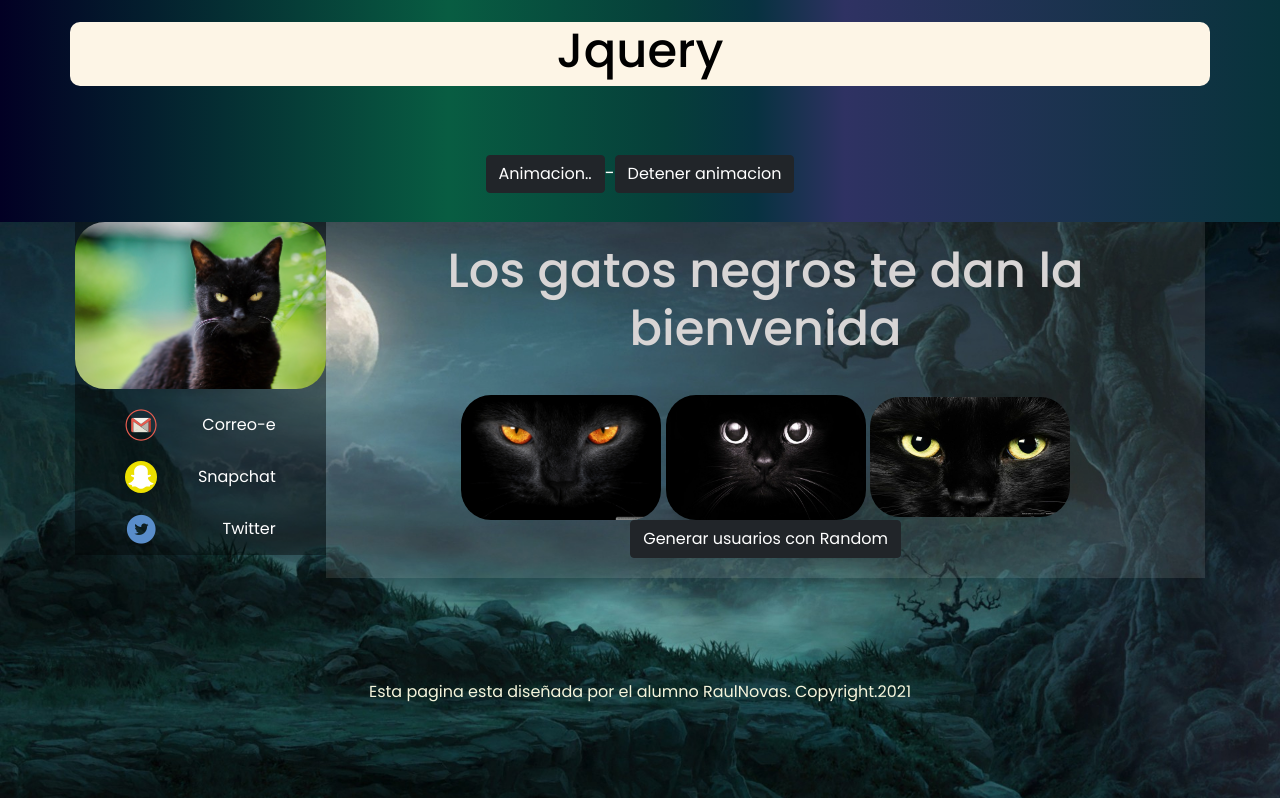
Repository: raul4264/final2
Page: index.html
An editor plug-in stored every save of this project. The page is shown before and after the next save, followed by the edit.
The browser window is 1280 px wide. The pictures show the whole page.

Above is the page before, as saved 2021-07-14 09:17:28.

After the next save:
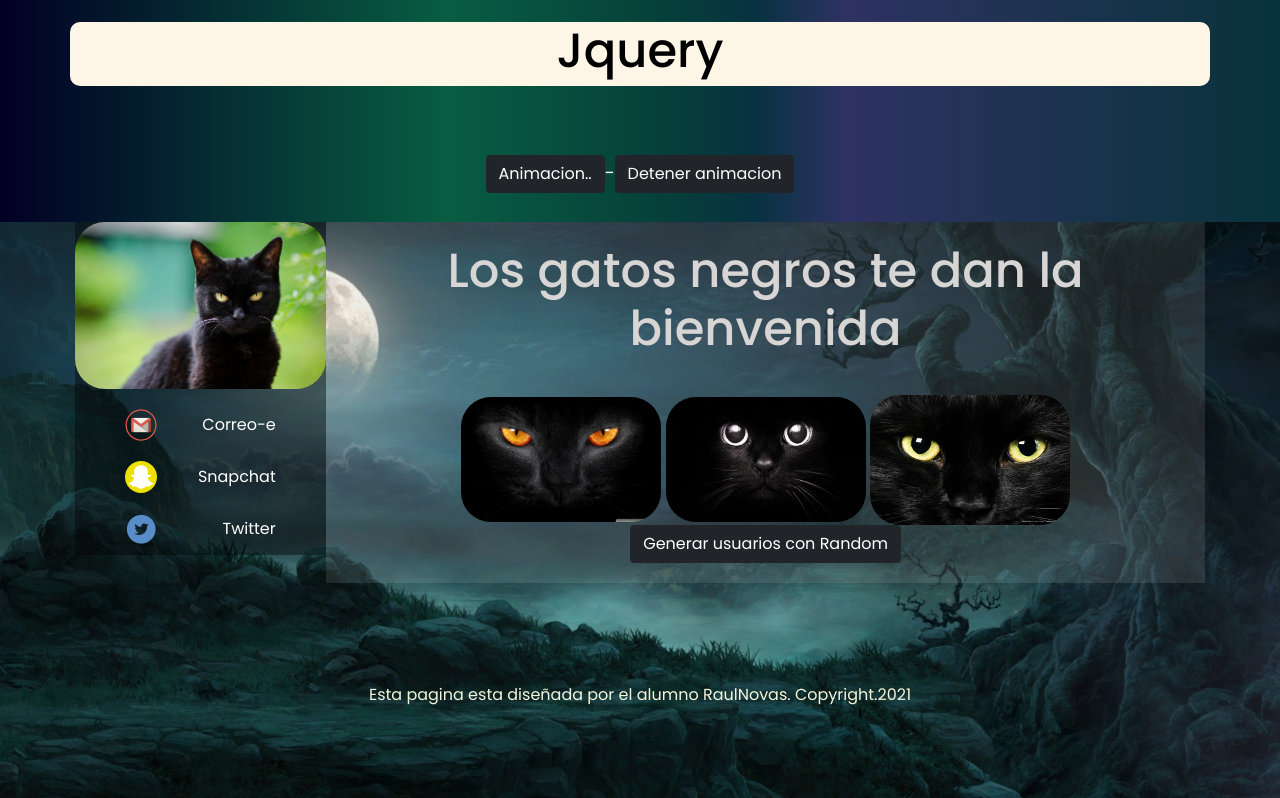
Saved 13 s later.
--- a/index.html
+++ b/index.html
@@ -137,7 +137,7 @@
 
                 <img src="/images/cat1.jpg" width="200vw">
                 <img src="/images/cat2.jpg" width="200vw" >
-                <img src="/images/cat3.jpg" width="200vw" height="120vh" >
+                <img src="/images/cat3.jpg" width="200vw" height="130vh" >
 
             <br>
             <button type="button" class="btn btn-dark" id="usuarios">Generar usuarios con Random</button>
